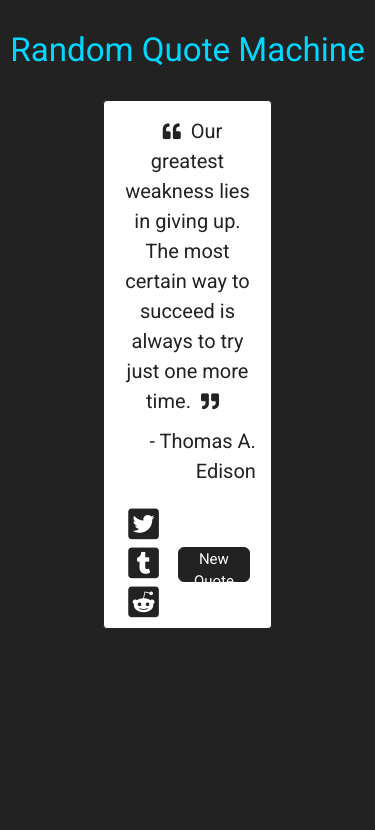
Repository: LuismGil/Random-quote-machine
Page: /
These files come from the project's save history. The page is drawn as it stood at one moment and after the next save; the edit follows.
The browser window is 375 px wide. The pictures show the whole page.
The project was rebuilt for these pictures with package versions that can differ from the ones it lists, and the page was loaded fresh each time.

Above is the page before, as saved 2021-01-30 14:08:13.

After the next save:
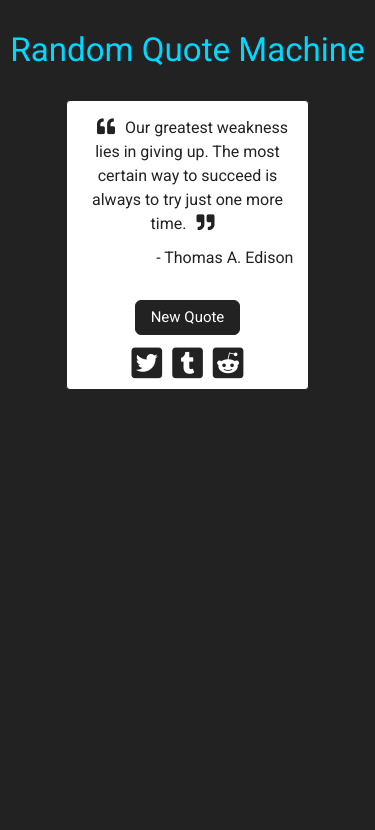
Saved 19 s later.
--- a/src/styles/base/_quotes.scss
+++ b/src/styles/base/_quotes.scss
@@ -91,3 +91,104 @@ i {
   margin-right: 10px;
   text-align: right;
 }
+
+@media (max-width: 991px) {
+  .quote-card {
+    width: 50%;
+  }
+
+  a {
+    padding: 10px 5px;
+  }
+
+  #new-quote {
+    margin: 15px;
+    margin-left: auto;
+  }
+}
+
+@media (max-width: 768px) {
+  .quote-buttons {
+    display: -webkit-box;
+    display: -ms-flexbox;
+    display: flex;
+    -webkit-box-orient: horizontal;
+    -webkit-box-direction: normal;
+    -ms-flex-direction: row;
+    flex-direction: row;
+  }
+
+  .icons-container {
+    margin: 0;
+  }
+
+  p {
+    font-size: 16px;
+  }
+
+  .quote-card {
+    height: auto;
+    width: 60%;
+  }
+
+  a {
+    padding: 10px 0;
+  }
+
+  i {
+    font-size: 35px;
+    margin: 0;
+  }
+
+  #new-quote {
+    height: 35px;
+    margin-left: auto;
+  }
+}
+
+@media (max-width: 479px) {
+  .quote-card {
+    width: 65%;
+  }
+
+  #new-quote {
+    -ms-flex-item-align: auto;
+    -ms-grid-row-align: auto;
+    align-self: auto;
+    -webkit-box-flex: 0;
+    -ms-flex: 0 1 auto;
+    flex: 0 1 auto;
+    margin: 10px;
+    -webkit-box-ordinal-group: 3;
+    -ms-flex-order: 2;
+    order: 2;
+  }
+
+  .icons-container {
+    -ms-flex-item-align: stretch;
+    -ms-grid-row-align: stretch;
+    align-self: stretch;
+    -webkit-box-flex: 0;
+    -ms-flex: 0 1 auto;
+    flex: 0 1 auto;
+    -webkit-box-ordinal-group: 1;
+    -ms-flex-order: 0;
+    order: 0;
+  }
+
+  .quote-buttons {
+    -webkit-box-align: center;
+    -ms-flex-align: center;
+    align-items: center;
+    display: -webkit-box;
+    display: -ms-flexbox;
+    display: flex;
+    -webkit-box-orient: vertical;
+    -webkit-box-direction: reverse;
+    -ms-flex-direction: column-reverse;
+    flex-direction: column-reverse;
+    -webkit-box-pack: center;
+    -ms-flex-pack: center;
+    justify-content: center;
+  }
+}
